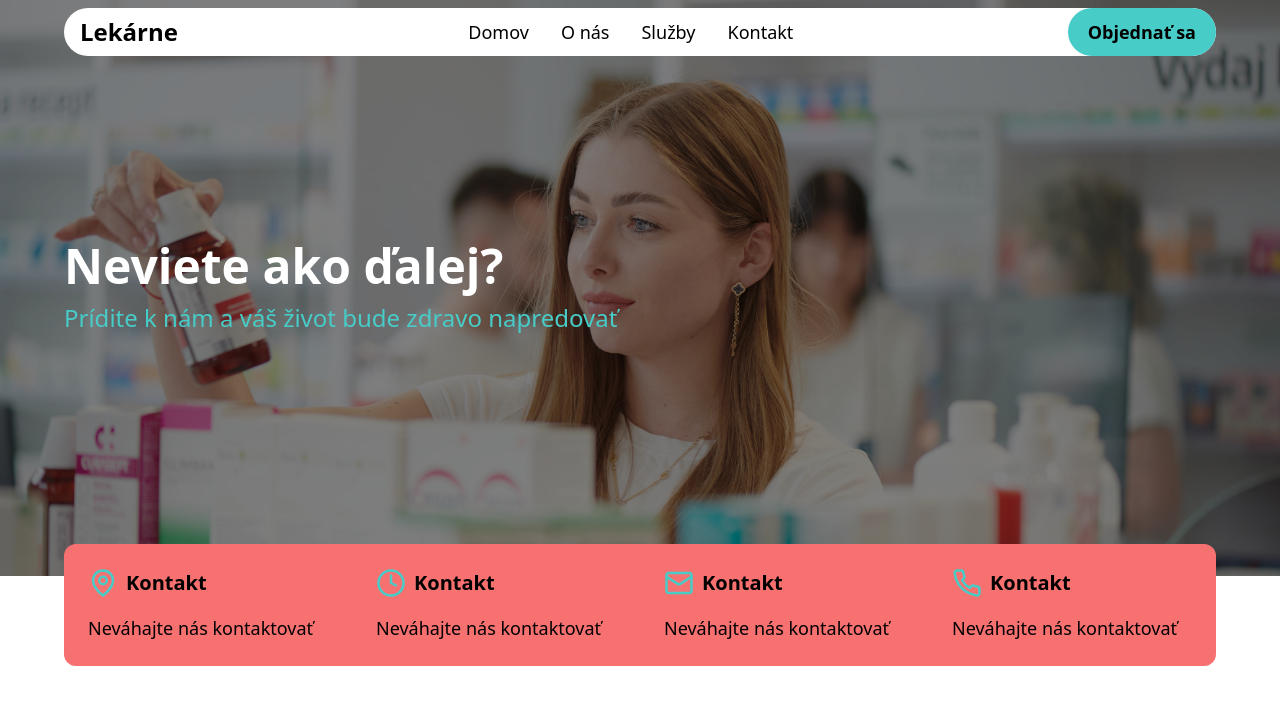
Repository: SimonSkoda13/Lekaren
Page: /
The author's editor kept a copy of each file at every save. The page is drawn from the files as they stood at one save, then again after a run of saves.
The browser window is 1280 px wide. The pictures show the whole page.
The project was rebuilt for these pictures with package versions that can differ from the ones it lists, and the page was loaded fresh each time. The framework's server and built-in components were replaced by stand-ins that run in the browser. Also part of the build but not shown: next.config.js.

Above is the page before, as saved 2023-04-22 17:58:48.

After the next 2 saves:
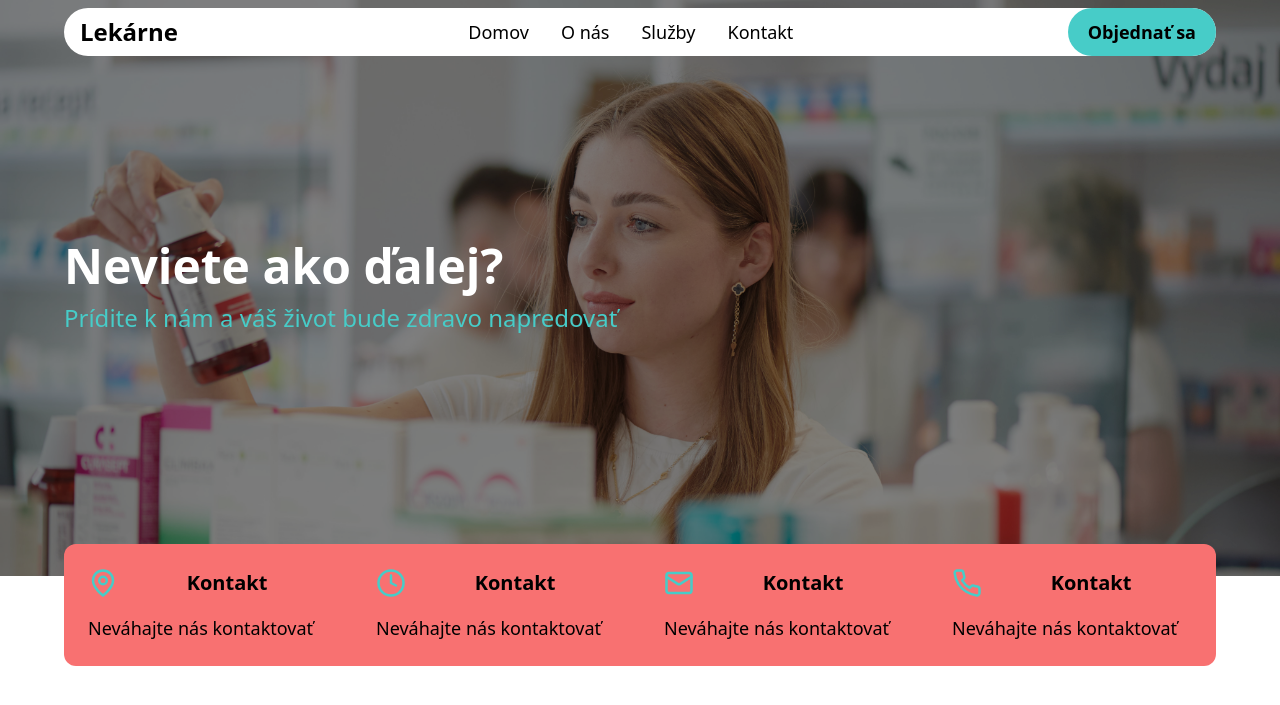
The 2 saves are shown as one change because they came seconds apart.
The last was saved 12 s later.
--- a/src/app/components/Contact/Contact.tsx
+++ b/src/app/components/Contact/Contact.tsx
@@ -25,8 +25,7 @@ export const Contact = (props: ContactProps) => {
           /> */}
             <div className="flex w-full flex-row gap-2 items-center">
               {item.icon}
-              <h2 className="text-xl font-bold">{item.title}</h2>
-              <div></div>
+              <h2 className="text-xl font-bold mx-auto">{item.title}</h2>
             </div>
             <p className="text-lg font-medium">{item.description}</p>
           </div>
